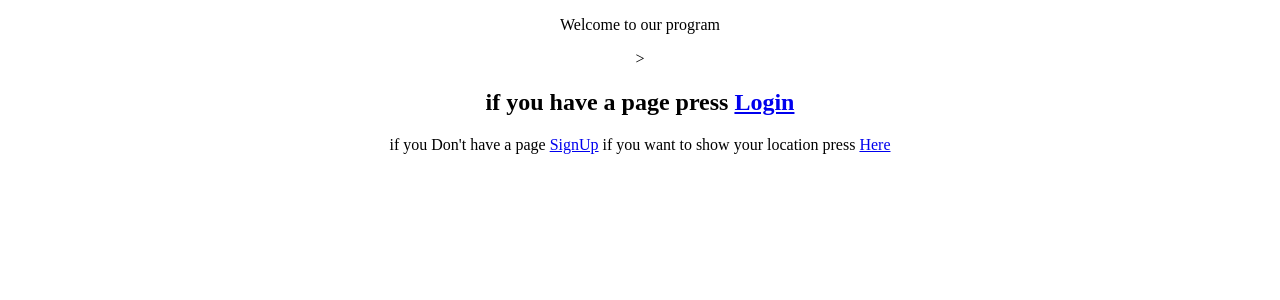
Repository: Mohammed7852/eclipse_Materials
Page: http://localhost/FCISquareApp/WEB-INF/jsp/welcome.jsp
These files come from the project's save history. The page is drawn as it stood at one moment and after a run of saves; the edit follows.
The browser window is 1280 px wide. The pictures show the whole page.
The page is served by Tomcat 9. Nobody is signed in. The template is opened directly, without the code that normally fills it, so the values that code supplies are empty.

Above is the page before, as saved 2016-03-26 17:11:16.

After the next 2 saves:
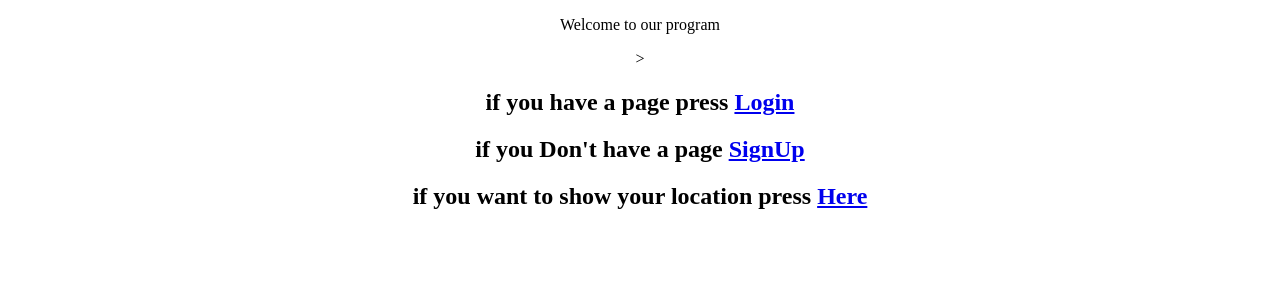
The 2 saves are shown as one change because they came seconds apart.
The last was saved 7 s later.
--- a/eclips/FCISquareApp/WebContent/WEB-INF/jsp/welcome.jsp
+++ b/eclips/FCISquareApp/WebContent/WEB-INF/jsp/welcome.jsp
@@ -13,11 +13,11 @@
 	<a href="/FCISquareApp/app/Login">Login</a>
 	</h2>
 
-   </h2>if you Don't have a page
+   <h2>if you Don't have a page
    <a href="/FCISquareApp/app/signUp">SignUp</a>
     </h2>
 
-  </h2>  if you want to show your location press
+  <h2>  if you want to show your location press
      <a href ="FCISquareApp/app/showLocation">Here</a>
 </h2>
 
